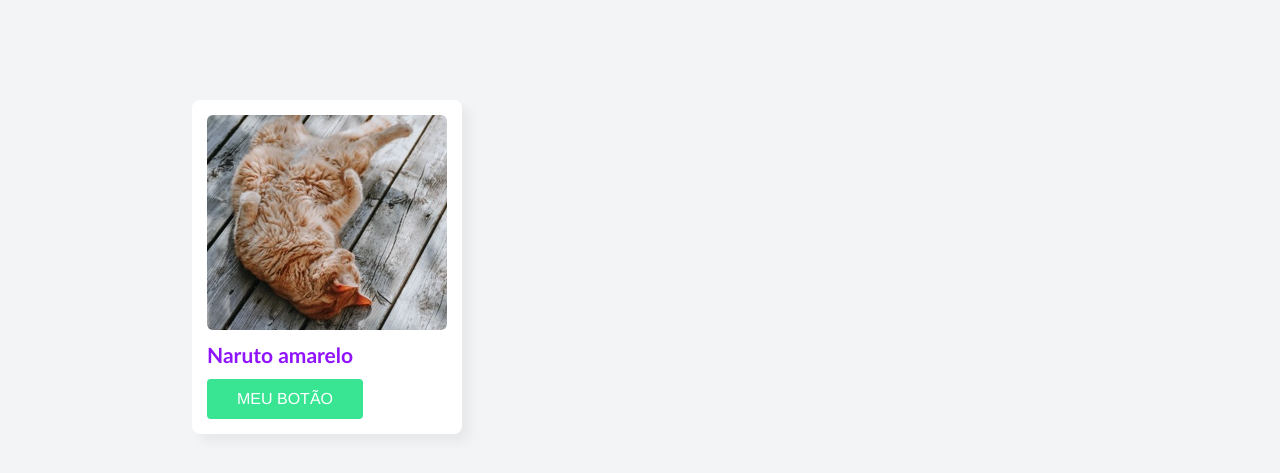
Repository: alessandradiamantino/Curso-Front-End-Design
Page: 1 - Introdução ao HTML e CSS/2 - Exercício CSS/01/codesignerspro-arquivos-exercicio-css-02/codesignerspro-arquivos-exercicio-css-02/index.html
These files come from the project's save history. The page is drawn as it stood at one moment and after the next save; the edit follows.
The browser window is 1280 px wide. The pictures show the whole page.

Above is the page before, as saved 2021-07-28 12:06:13.

### 1 - Introdução ao HTML e CSS/2 - Exercício CSS/01/codesignerspro-arquivos-exercicio-css-02/codesignerspro-arquivos-exercicio-css-02/index.html
<!DOCTYPE html>
<html lang="pt-br">

<head>
  <meta charset="UTF-8">
  <meta name="viewport" content="width=device-width, initial-scale=1.0">
  <meta http-equiv="X-UA-Compatible" content="ie=edge">
  <title>Exercício CSS 02</title>
  <link rel="stylesheet" type="text/css" href="css/style.css" />
</head>

<body>
  <main>
  <div class="card-container">
    <div class="card">
      <img src="images/gato-01.jpg"
        alt="gato deitado"
        title="gatinho"
        class="card-image"
      />
      <div class="card-body">
        <h1>Naruto amarelo</h1>
    </div>
    <div class="card-footer">
     <a href="https://web.whatsapp.com/" class="btn">Meu Botão</a>
    </div>
  </div>
</div>
  </main>
</body>

</html>

### 1 - Introdução ao HTML e CSS/2 - Exercício CSS/01/codesignerspro-arquivos-exercicio-css-02/codesignerspro-arquivos-exercicio-css-02/css/style.css
body{
  background-color: #f2f4f5;
  margin: 0;
}
main {
  width: 70%;
  display: table;
  margin: 100px auto 0 auto;
}
.card-container {
  width: 270px;
  display: table;
}

.card {
  width: 100%;
  display: table;
  background-color: #fff;
  border-radius: 8px;
  box-shadow: 8px 8px 12px rgba(0, 0, 0, 0.05);
  padding: 15px;
  box-sizing: border-box;
}

.card .card-image {
  width: 100%;
  max-width: 100%;
  height: auto;
  border-radius: 6px;
  display: block;
}

.card .card-body {
  width: 100%;
  display: table;
  margin-top: 13px;
}

.card .card-body h1 {
  font-family:'Gill Sans', 'Gill Sans MT', Calibri, 'Trebuchet MS', sans-serif;
  font-size: 21px;
  font-weight: 800;
  line-height: 24px;
  color: #9013fe;
  margin: 0;
}

.card .card-footer {
  width: 100%;
  display: table;
}

/* botões */

.btn {
  width: auto;
  height: 40px;
  display: inline-block;
  background-color: #39e493;
  color: #fff;
  font-family:'Franklin Gothic Medium', 'Arial Narrow', Arial, sans-serif;
  font-size: 16px;
  text-transform: uppercase;
  line-height: 40px;
  text-decoration: none;
  border-radius: 2px;
  margin-top: 12px;
  padding: 0 30px;
  border-radius: 4px;

}

After the next save:
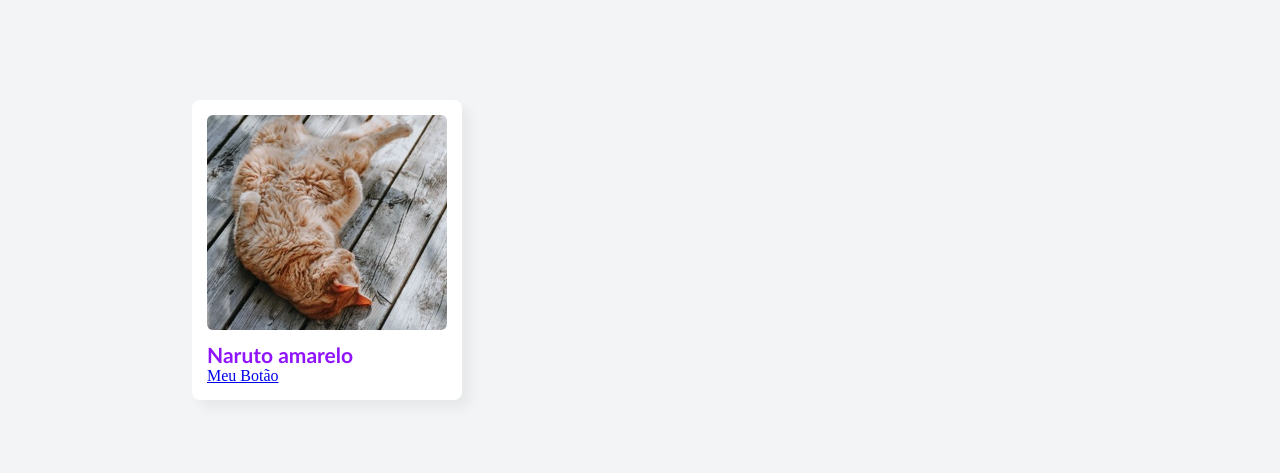
Saved 18 s later.
--- a/1 - Introdução ao HTML e CSS/2 - Exercício CSS/01/codesignerspro-arquivos-exercicio-css-02/codesignerspro-arquivos-exercicio-css-02/css/style.css
+++ b/1 - Introdução ao HTML e CSS/2 - Exercício CSS/01/codesignerspro-arquivos-exercicio-css-02/codesignerspro-arquivos-exercicio-css-02/css/style.css
@@ -50,6 +50,7 @@
   display: table;
 }
 
+.card .
 /* botões */
 
 .btn {

After the save that followed:
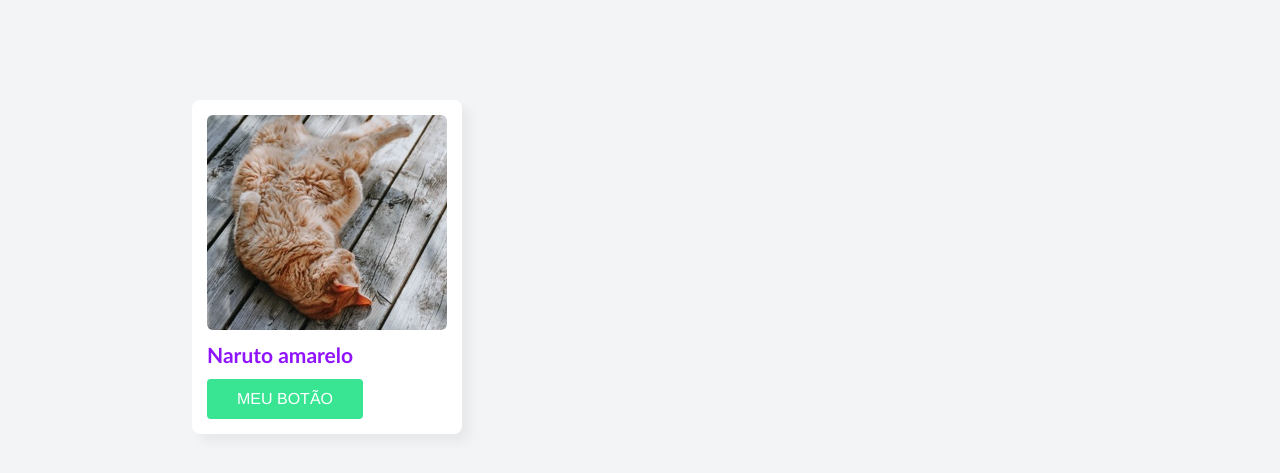
Saved 6 s later.
--- a/1 - Introdução ao HTML e CSS/2 - Exercício CSS/01/codesignerspro-arquivos-exercicio-css-02/codesignerspro-arquivos-exercicio-css-02/css/style.css
+++ b/1 - Introdução ao HTML e CSS/2 - Exercício CSS/01/codesignerspro-arquivos-exercicio-css-02/codesignerspro-arquivos-exercicio-css-02/css/style.css
@@ -50,7 +50,9 @@
   display: table;
 }
 
-.card .
+.card .card-footer .btn {
+
+}
 /* botões */
 
 .btn {
